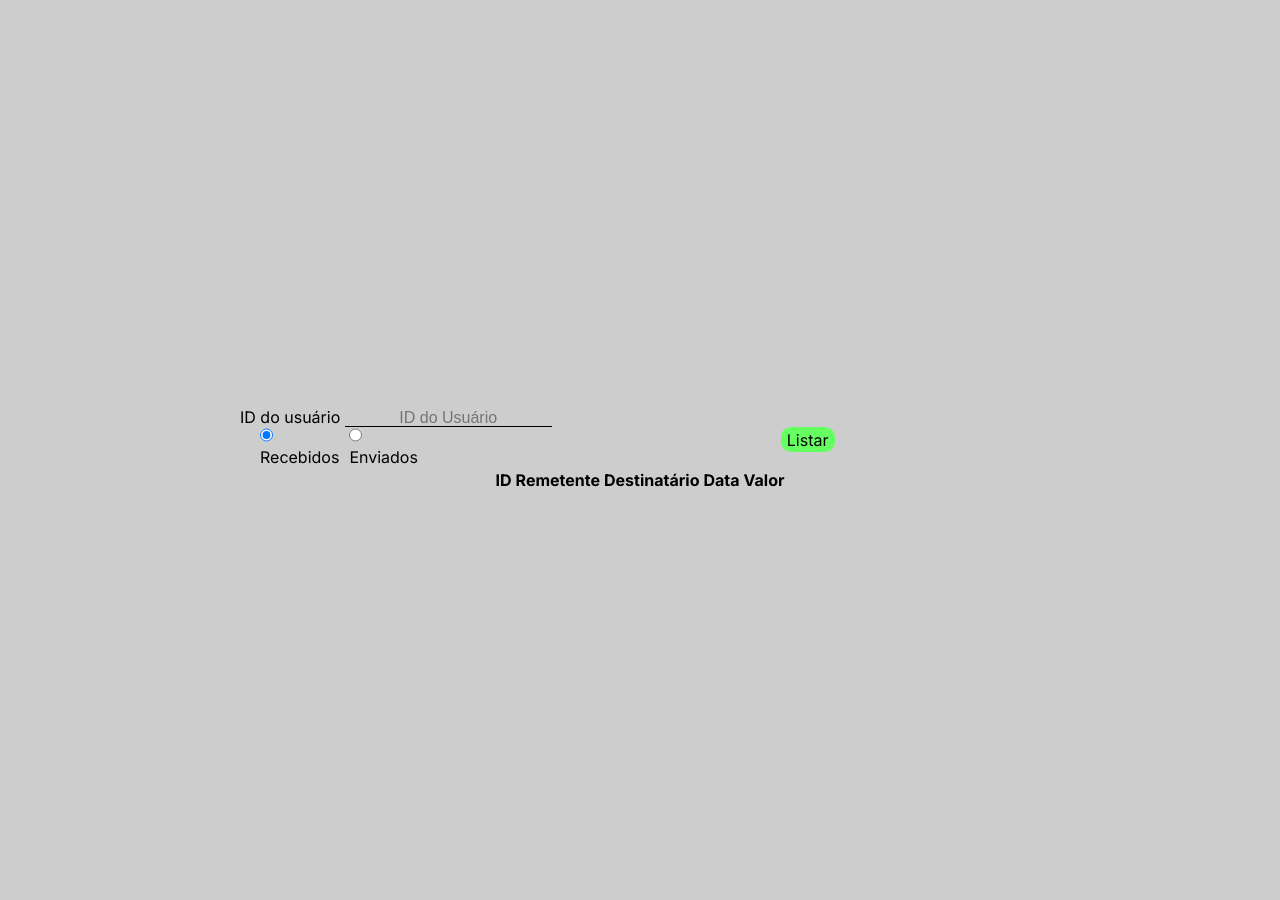
Repository: mateusilva8/tarefa-pix
Page: frontend/index.html
The author's editor kept a copy of each file at every save. The page is drawn from the files as they stood at one save, then again after the next save.
The browser window is 1280 px wide. The pictures show the whole page.

Above is the page before, as saved 2023-10-22 14:58:02.

### frontend/index.html
<!DOCTYPE html>
<html lang="pt-BR">
<head>
  <meta charset="UTF-8">
  <meta name="viewport" content="width=device-width, initial-scale=1.0">
  <title>CRIE_TI PIX</title>
  <link rel="stylesheet" href="./css/index.css">
  <link rel="preconnect" href="https://fonts.googleapis.com">
  <link rel="preconnect" href="https://fonts.gstatic.com" crossorigin>
  <link href="https://fonts.googleapis.com/css2?family=Inter:wght@400;700&display=swap" rel="stylesheet">
</head>
<body>
  <div class="container">

    <div class="formulario">
      <form id="formulario">
        <div class="formulario-input">
          <label for="id">ID do usuário</label>
          <input class="idInput" type="number" placeholder="ID do Usuário" id="id"></input>
        </div>
        <div class="formulario-body">
          <div class="formulario-select">
            <div class="form-check">
              <input class="form-check-input" type="radio" name="exampleRadios" id="exampleRadios1" value="received" checked>
              <label class="form-check-label" for="exampleRadios1">Recebidos</label>
            </div>

            <div class="form-check">
              <input class="form-check-input" type="radio" name="exampleRadios" id="exampleRadios2" value="sent">
              <label class="form-check-label" for="exampleRadios2">Enviados</label>
            </div>
            <button type="button" class="btn btn-success" id="botaoListar">Listar</button>
          </div>
        </div>
      </form>
    </div>

    <table class="table table-bordered">
      <thead>
        <tr>
          <th scope="col">ID</th>
          <th scope="col">Remetente</th>
          <th scope="col">Destinatário</th>
          <th scope="col">Data</th>
          <th scope="col">Valor</th>
        </tr>
      </thead>
      <tbody id="pix-list"></tbody>
    </table>
  </div>



  <script src="https://code.jquery.com/jquery-3.3.1.slim.min.js" integrity="sha384-q8i/X+965DzO0rT7abK41JStQIAqVgRVzpbzo5smXKp4YfRvH+8abtTE1Pi6jizo" crossorigin="anonymous"></script>
  <script src="https://cdnjs.cloudflare.com/ajax/libs/popper.js/1.14.3/umd/popper.min.js" integrity="sha384-ZMP7rVo3mIykV+2+9J3UJ46jBk0WLaUAdn689aCwoqbBJiSnjAK/l8WvCWPIPm49" crossorigin="anonymous"></script>
  <script src="./js/index.js"></script>
</body>
</html>

### frontend/css/index.css
body {
    margin: 0;
    padding: 0;
    font-family: 'Inter', sans-serif;
    background-color: #cdcdcd;
}


.container {
    display: flex;
    flex-direction: column;
    height: 700px;
    margin: 100px;
    justify-content: center;
    align-items: center;
}

.formulario form {
    align-items: center;
}

.formulario {
    font-size: 1rem;
    display: flex;
    flex-direction: row;
    align-items: center;
    width: 800px;
}

.formulario- input {
    display: flex;
    flex-direction: column;
}

.formulario-body {
    display: flex;
    flex-direction: row;
}

.formulario-select {
    height: 100%;
    display: flex;
    flex-direction: row;
    gap: 10px;
    margin-left: 20px;
}

input[type=number]::-webkit-inner-spin-button,
    input[type=number]::-webkit-outer-spin-button {
        -webkit-appearance: none;
        margin: 0;
    }

input {
    height: 1rem;
    margin: 0;
    padding: 0;
    border: none;
    border-bottom: 1px solid #000;
    outline: none;
    font-size: 1rem;
    text-align: center;
    background-color: #cdcdcd;

    &:focus {
        border-bottom: 2px solid #00f;
    }
}

.btn {
    width: 150px;
    height: 25px;
    font-size: 1rem;
    font-family: 'Inter';
    font-weight: 400;
    background-color: rgb(102, 255, 97);
    border: 0;
    border-radius: 10px;
    margin-left: 100%;
}

### frontend/js/index.js
let userId = document.getElementById('id');
let type = document.querySelector('#form-check-input:checked');

let form = document.getElementById('formulario');

let pixList = document.getElementById("pix-list");

async function getPixUsuario() {
    let payload = {
        userId: userId.value,
        type: form.exampleRadios.value,
      };

      console.log(JSON.stringify(payload));

      let resposta = await fetch(`http://localhost:3000/pix-api/pix/usuarios`, {
        method: 'POST',
        headers: {
            "Content-type" : 'application/json',
            "Acccept": 'appplication/json'
        },
        body: JSON.stringify(payload)
      });

      let listaPix = await resposta.json();

      console.log(listaPix);

    for (let pix of listaPix) {

      let tr = document.createElement("tr");
      let tdId = document.createElement("th");
      let tdRemetente = document.createElement("td");
      let tdDestinatario = document.createElement("td");
      let tdData = document.createElement("td");
      let tdValor = document.createElement("td");

      let id = pix.id;
      let remetente = pix.sender.name;
      let destinatario = pix.recipient.name;
      let data = pix.createdAt;
      let valor = `R$ ${pix.value}`;

      let dataHora = new Date(data);
      let dia = adicionarZero(dataHora.getDate());
      let mes = adicionarZero(dataHora.getMonth());
      let ano = adicionarZero(dataHora.getFullYear());
      let hora = `${adicionarZero(dataHora.getHours())}:${adicionarZero(dataHora.getMinutes())}`;

      let dataFormatada = `${dia}/${mes}/${ano} às ${hora}H`

      tdId.innerText = id;
      tdRemetente.innerText = remetente;
      tdDestinatario.innerText = destinatario;
      tdData.innerText = dataFormatada;
      tdValor.innerText = valor.replace('.',',');

      tr.appendChild(tdId);
      tr.appendChild(tdRemetente);
      tr.appendChild(tdDestinatario);
      tr.appendChild(tdData);
      tr.appendChild(tdValor);
      pixList.appendChild(tr);
    }
  }

  function adicionarZero (numero) {
    if(String(numero).length == 1) {
        numero = '0' + numero;
      }

    return numero;
  }

  let botaoListar = document.getElementById('botaoListar');
  botaoListar.addEventListener('click', () => {
    pixList.innerHTML = '';
    getPixUsuario();
  })

After the next save:
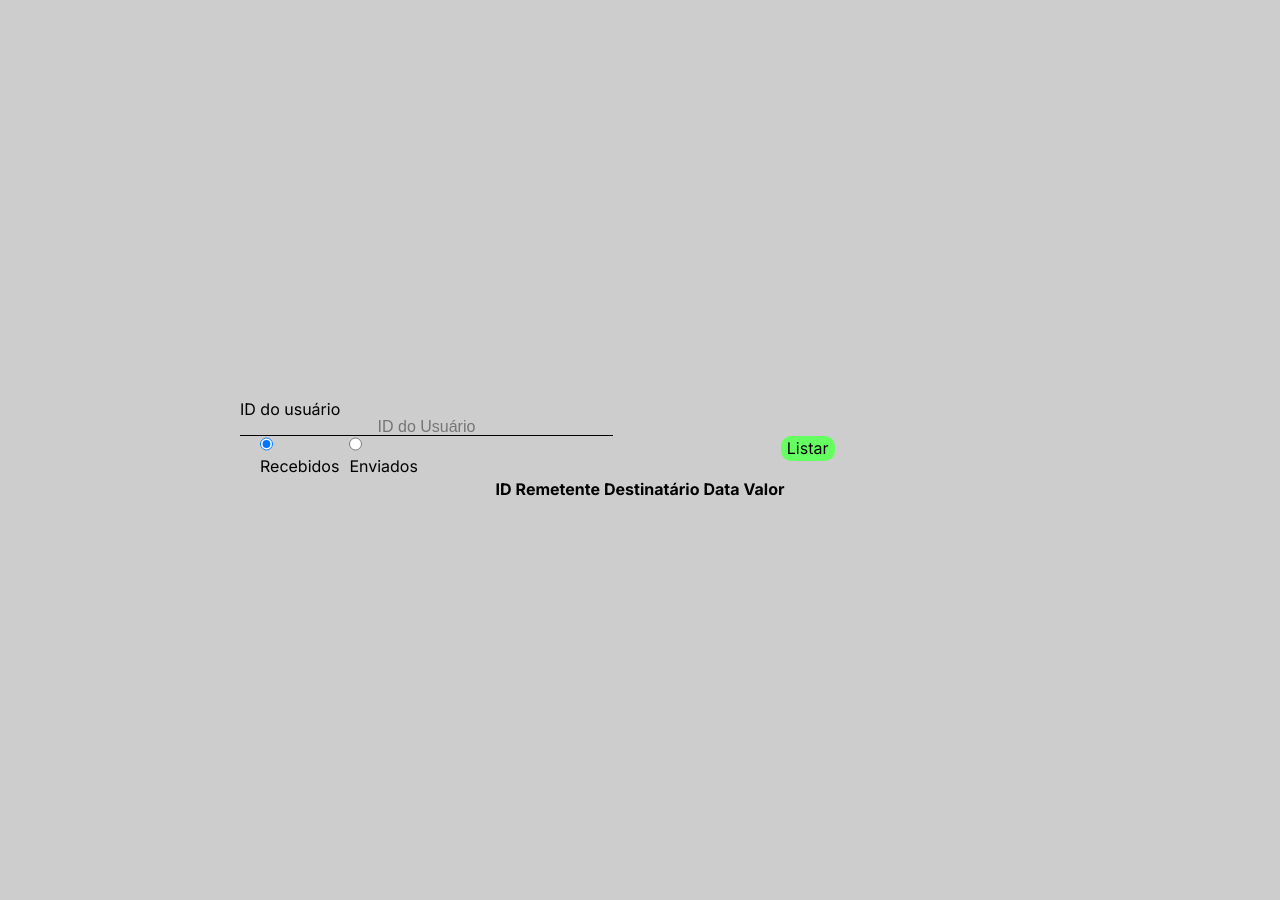
Saved 23 s later.
--- a/frontend/css/index.css
+++ b/frontend/css/index.css
@@ -27,7 +27,7 @@ body {
     width: 800px;
 }
 
-.formulario- input {
+.formulario-input {
     display: flex;
     flex-direction: column;
 }
